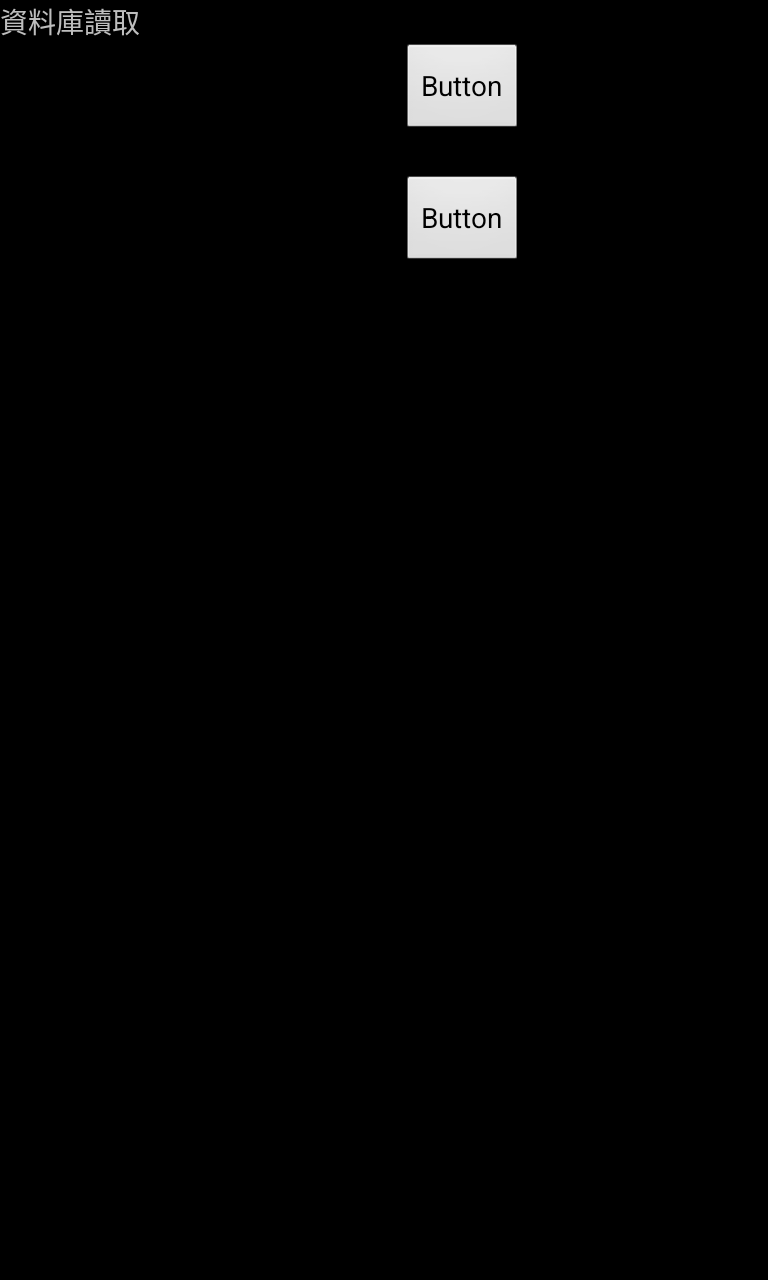
Repository: mikethai/TQC-Android
Layout: 206_over/res/layout/main.xml
The author's editor kept a copy of each file at every save. The layout is drawn from the files as they stood at one save, then again after the next save.
It is drawn on a 768 x 1280 px phone screen (xhdpi) without system bars, with theme android:Theme; the app's code is not run. Lists and similar views that code fills are empty.

Above is the layout before, as saved 2014-03-17 12:02:53.

### 206_over/res/layout/main.xml
<?xml version="1.0" encoding="utf-8"?>
<LinearLayout xmlns:android="http://schemas.android.com/apk/res/android"
    android:orientation="vertical"
    android:layout_width="fill_parent"
    android:layout_height="fill_parent"
    >

<TextView
    android:layout_width="fill_parent"
    android:layout_height="wrap_content"
    android:text="@string/app_name" />

<RelativeLayout
    android:layout_width="fill_parent"
    android:layout_height="wrap_content" >

    <ListView
        android:id="@+id/listView1"
        android:layout_width="200dp"
        android:layout_height="wrap_content"
        android:layout_alignParentLeft="true"
        android:layout_alignParentTop="true" >
    </ListView>

    <Button
        android:id="@+id/button2"
        android:layout_width="wrap_content"
        android:layout_height="wrap_content"
        android:layout_alignRight="@+id/button1"
        android:layout_below="@+id/button1"
        android:layout_marginTop="18dp"
        android:text="Button" />

    <Button
        android:id="@+id/button1"
        android:layout_width="wrap_content"
        android:layout_height="wrap_content"
        android:layout_alignParentTop="true"
        android:layout_toRightOf="@+id/listView1"
        android:text="Button" />

</RelativeLayout>

</LinearLayout>

### 206_over/res/values/strings.xml
<?xml version="1.0" encoding="utf-8"?>
<resources>
    <string name="hello">Hello World, GDD02!</string>
    <string name="app_name">資料庫讀取</string>
    <string name="ok">ok</string>
    <string name="Exit">Exit</string>
</resources>

After the next save:
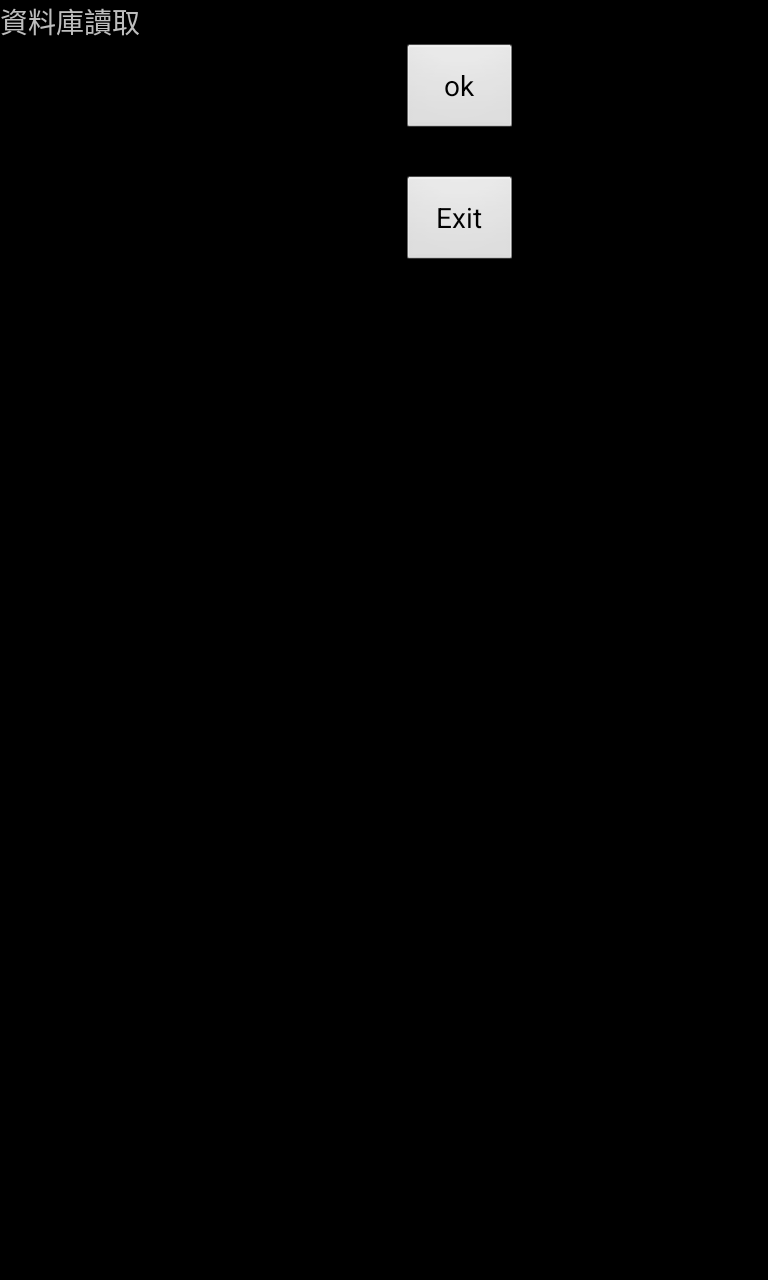
Saved 73 s later.
--- a/206_over/res/layout/main.xml
+++ b/206_over/res/layout/main.xml
@@ -24,20 +24,20 @@
 
     <Button
         android:id="@+id/button2"
-        android:layout_width="wrap_content"
+        android:layout_width="60dp"
         android:layout_height="wrap_content"
         android:layout_alignRight="@+id/button1"
         android:layout_below="@+id/button1"
         android:layout_marginTop="18dp"
-        android:text="Button" />
+        android:text="@string/Exit" />
 
     <Button
         android:id="@+id/button1"
-        android:layout_width="wrap_content"
+        android:layout_width="60dp"
         android:layout_height="wrap_content"
         android:layout_alignParentTop="true"
         android:layout_toRightOf="@+id/listView1"
-        android:text="Button" />
+        android:text="@string/ok" />
 
 </RelativeLayout>
 
